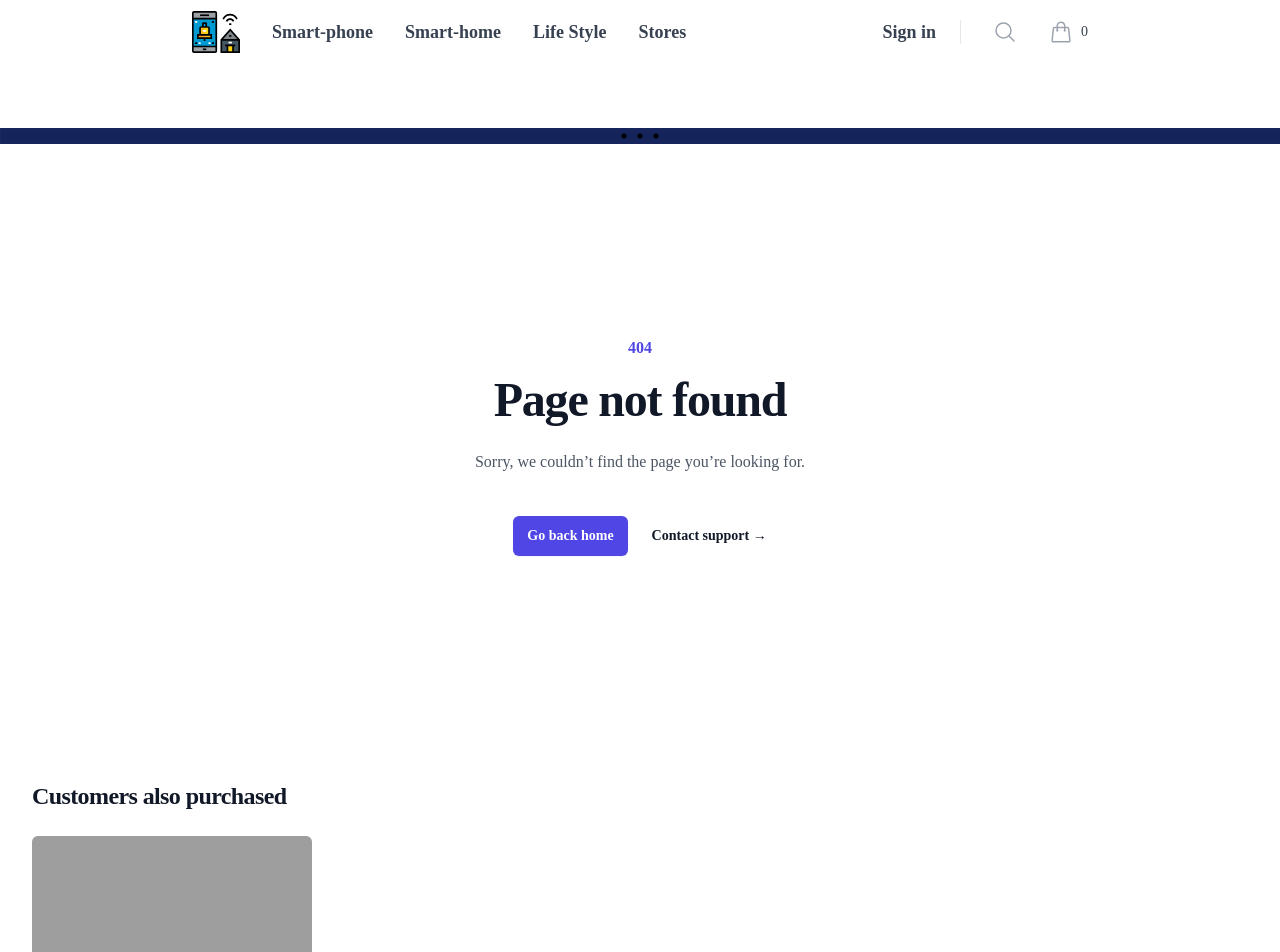
Repository: Gunplay/Smart-Home
Page: /
These files come from the project's save history. The page is drawn as it stood at one moment and after the next save; the edit follows.
The browser window is 1280 px wide. The pictures show the part of the page from y = 0 to 952 px (the page is 1928 px tall before and 1960 px after).
Pictures or frames that could not be fetched are drawn as grey boxes. The project was rebuilt for these pictures with package versions that can differ from the ones it lists, and the page was loaded fresh each time. Also part of the build but not shown: vite.config.js, vite.config.ts.

Above is the page before, as saved 2024-06-25 13:04:56.

### index.html
<!doctype html>
<html lang="en">

<head>
  <meta charset="UTF-8" />
  <link rel="icon" type="image/svg+xml" href="./src/assets/smart-home-svgrepo-com.svg" />
  <meta name="viewport" content="width=device-width, initial-scale=1.0" />
  <title>Smart-Home</title>
  <link real='stylesheet' href='src/style.css'>
</head>

<body>
  <div id="root"></div>

  <script type="module" src="/src/main.tsx"></script>
</body>

</html>

### src/main.tsx
import React from 'react';
import ReactDOM from 'react-dom/client';
import { BrowserRouter as Router } from 'react-router-dom';
import App from './App.tsx';
import './css/style.css';

ReactDOM.createRoot(document.getElementById('root')!).render(
	<React.StrictMode>
		<Router>
			<App />
		</Router>
	</React.StrictMode>
);

### src/App.tsx
// import { useState } from 'react';

// import reactLogo from './assets/react.svg';
// import viteLogo from '/vite.svg';
import AboutUs from './components/AboutUs';
import Carousel from './components/Carousel';
import Header from './components/Header';
import PageNotFound from './components/Page404';
import ProductsList from './components/ProductsList';

function App() {
	return (
		<>
			<div className='mr-[3.75rem] pt-[4.75rem] lg:pt-[5.25rem] overflow-hidden'>
				<Header />
				<Carousel />
			</div>
			<PageNotFound />

			<ProductsList />
			<AboutUs />
		</>
	);
}

export default App;

### src/components/AboutUs/index.tsx
const links = [
	{ name: 'Open roles', href: '#' },
	{ name: 'Internship program', href: '#' },
	{ name: 'Our values', href: '#' },
	{ name: 'Meet our leadership', href: '#' },
];
const stats = [
	{ name: 'Offices worldwide', value: '12' },
	{ name: 'Full-time colleagues', value: '300+' },
	{ name: 'Hours per week', value: '40' },
	{ name: 'Paid time off', value: 'Unlimited' },
];

export default function AboutUs() {
	return (
		<div className='relative isolate overflow-hidden bg-gray-900 py-24 sm:py-32'>
			<img
				src='https://images.unsplash.com/photo-1521737604893-d14cc237f11d?ixlib=rb-4.0.3&ixid=MnwxMjA3fDB8MHxwaG90by1wYWdlfHx8fGVufDB8fHx8&auto=format&fit=crop&crop=focalpoint&fp-y=.8&w=2830&h=1500&q=80&blend=111827&sat=-100&exp=15&blend-mode=multiply'
				alt=''
				className='absolute inset-0 -z-10 h-full w-full object-cover object-right md:object-center'
			/>
			<div
				className='hidden sm:absolute sm:-top-10 sm:right-1/2 sm:-z-10 sm:mr-10 sm:block sm:transform-gpu sm:blur-3xl'
				aria-hidden='true'
			>
				<div
					className='aspect-[1097/845] w-[68.5625rem] bg-gradient-to-tr from-[#ff4694] to-[#776fff] opacity-20'
					style={{
						clipPath:
							'polygon(74.1% 44.1%, 100% 61.6%, 97.5% 26.9%, 85.5% 0.1%, 80.7% 2%, 72.5% 32.5%, 60.2% 62.4%, 52.4% 68.1%, 47.5% 58.3%, 45.2% 34.5%, 27.5% 76.7%, 0.1% 64.9%, 17.9% 100%, 27.6% 76.8%, 76.1% 97.7%, 74.1% 44.1%)',
					}}
				/>
			</div>
			<div
				className='absolute -top-52 left-1/2 -z-10 -translate-x-1/2 transform-gpu blur-3xl sm:top-[-28rem] sm:ml-16 sm:translate-x-0 sm:transform-gpu'
				aria-hidden='true'
			>
				<div
					className='aspect-[1097/845] w-[68.5625rem] bg-gradient-to-tr from-[#ff4694] to-[#776fff] opacity-20'
					style={{
						clipPath:
							'polygon(74.1% 44.1%, 100% 61.6%, 97.5% 26.9%, 85.5% 0.1%, 80.7% 2%, 72.5% 32.5%, 60.2% 62.4%, 52.4% 68.1%, 47.5% 58.3%, 45.2% 34.5%, 27.5% 76.7%, 0.1% 64.9%, 17.9% 100%, 27.6% 76.8%, 76.1% 97.7%, 74.1% 44.1%)',
					}}
				/>
			</div>
			<div className='mx-auto max-w-7xl px-6 lg:px-8'>
				<div className='mx-auto max-w-2xl lg:mx-0'>
					<h2 className='text-4xl font-bold tracking-tight text-white sm:text-6xl'>
						Work with us
					</h2>
					<p className='mt-6 text-lg leading-8 text-gray-300'>
						Anim aute id magna aliqua ad ad non deserunt sunt. Qui irure qui
						lorem cupidatat commodo. Elit sunt amet fugiat veniam occaecat
						fugiat aliqua.
					</p>
				</div>
				<div className='mx-auto mt-10 max-w-2xl lg:mx-0 lg:max-w-none'>
					<div className='grid grid-cols-1 gap-x-8 gap-y-6 text-base font-semibold leading-7 text-white sm:grid-cols-2 md:flex lg:gap-x-10'>
						{links.map(link => (
							<a key={link.name} href={link.href}>
								{link.name} <span aria-hidden='true'>&rarr;</span>
							</a>
						))}
					</div>
					<dl className='mt-16 grid grid-cols-1 gap-8 sm:mt-20 sm:grid-cols-2 lg:grid-cols-4'>
						{stats.map(stat => (
							<div key={stat.name} className='flex flex-col-reverse'>
								<dt className='text-base leading-7 text-gray-300'>
									{stat.name}
								</dt>
								<dd className='text-2xl font-bold leading-9 tracking-tight text-white'>
									{stat.value}
								</dd>
							</div>
						))}
					</dl>
				</div>
			</div>
		</div>
	);
}

### src/components/Carousel/index.tsx
import { SetStateAction, useState } from 'react';
import { BsChevronCompactLeft, BsChevronCompactRight } from 'react-icons/bs';
import { RxDotFilled } from 'react-icons/rx';
import slideOne from '/src/assets/slider-1.jpg';
import slideTwo from '/src/assets/slider-2.jpg';
import slideThree from '/src/assets/slider-3.jpg';
const slides = [
	{
		url: slideOne,
		id: 0,
	},
	{
		url: slideTwo,
		id: 1,
	},
	{
		url: slideThree,
		id: 2,
	},
];
const Carousel = () => {
	const [currentIndex, setCurrentIndex] = useState(0);

	const prevSlide = () => {
		const isFirstSlide = currentIndex === 0;
		const newIndex = isFirstSlide ? slides.length - 1 : currentIndex - 1;
		setCurrentIndex(newIndex);
	};

	const nextSlide = () => {
		const isLastSlide = currentIndex === slides.length - 1;
		const newIndex = isLastSlide ? 0 : currentIndex + 1;
		setCurrentIndex(newIndex);
	};

	const goToSlide = (slideIndex: SetStateAction<number>) => {
		console.log(slideIndex);
		setCurrentIndex(slideIndex);
	};
	return (
		<div className='h-[780px] w-full m-auto py-16 relative group'>
			<div
				style={{ backgroundImage: `url(${slides[currentIndex].url})` }}
				className='w-full h-full bg-center bg-cover duration-500'
			>
				<div className='flex justify-center'>
					{slides.map((slide, slideIndex) => (
						<div
							key={slideIndex}
							className='text-xl cursor-pointer'
							onClick={() => goToSlide(slideIndex)}
						>
							<RxDotFilled />
						</div>
					))}
				</div>
			</div>
			<div className='hidden group-hover:block absolute top-[50%] -translate-x-0 translate-y-[-50%] left-5 text-2xl rounded-full p-2 bg-black/20 text-white cursor-pointer'>
				<BsChevronCompactLeft size={30} onClick={prevSlide} />
			</div>
			<div className='hidden group-hover:block absolute top-[50%] translate-y-[-50%] right-5 text-2xl rounded-full p-2 bg-black/20 text-white cursor-pointer'>
				<BsChevronCompactRight size={30} onClick={nextSlide} />
			</div>
		</div>
	);
};

export default Carousel;

### src/components/Page404/index.tsx
export default function PageNotFound() {
	return (
		<>
			{/*
        This example requires updating your template:

        ```
        <html class="h-full">
        <body class="h-full">
        ```
      */}
			<main className='grid min-h-full place-items-center bg-white px-6 py-24 sm:py-32 lg:px-8'>
				<div className='text-center'>
					<p className='text-base font-semibold text-indigo-600'>404</p>
					<h1 className='mt-4 text-3xl font-bold tracking-tight text-gray-900 sm:text-5xl'>
						Page not found
					</h1>
					<p className='mt-6 text-base leading-7 text-gray-600'>
						Sorry, we couldn’t find the page you’re looking for.
					</p>
					<div className='mt-10 flex items-center justify-center gap-x-6'>
						<a
							href='#'
							className='rounded-md bg-indigo-600 px-3.5 py-2.5 text-sm font-semibold text-white shadow-sm hover:bg-indigo-500 focus-visible:outline focus-visible:outline-2 focus-visible:outline-offset-2 focus-visible:outline-indigo-600'
						>
							Go back home
						</a>
						<a href='#' className='text-sm font-semibold text-gray-900'>
							Contact support <span aria-hidden='true'>&rarr;</span>
						</a>
					</div>
				</div>
			</main>
		</>
	);
}

### src/components/ProductsList/index.tsx
/*
  This example requires some changes to your config:

  ```
  // tailwind.config.js
  module.exports = {
    // ...
    plugins: [
      // ...
      require('@tailwindcss/aspect-ratio'),
    ],
  }
  ```
*/
const products = [
	{
		id: 1,
		name: 'Basic Tee',
		href: '#',
		imageSrc:
			'https://tailwindui.com/img/ecommerce-images/product-page-01-related-product-01.jpg',
		imageAlt: "Front of men's Basic Tee in black.",
		price: '$35',
		color: 'Black',
	},
	// More products...
];

export default function ProductsList() {
	return (
		<div className='bg-white'>
			<div className='mx-auto max-w-2xl px-4 py-16 sm:px-6 sm:py-24 lg:max-w-7xl lg:px-8'>
				<h2 className='text-2xl font-bold tracking-tight text-gray-900'>
					Customers also purchased
				</h2>

				<div className='mt-6 grid grid-cols-1 gap-x-6 gap-y-10 sm:grid-cols-2 lg:grid-cols-4 xl:gap-x-8'>
					{products.map(product => (
						<div key={product.id} className='group relative'>
							<div className='aspect-h-1 aspect-w-1 w-full overflow-hidden rounded-md bg-gray-200 lg:aspect-none group-hover:opacity-75 lg:h-80'>
								<img
									src={product.imageSrc}
									alt={product.imageAlt}
									className='h-full w-full object-cover object-center lg:h-full lg:w-full'
								/>
							</div>
							<div className='mt-4 flex justify-between'>
								<div>
									<h3 className='text-sm text-gray-700'>
										<a href={product.href}>
											<span aria-hidden='true' className='absolute inset-0' />
											{product.name}
										</a>
									</h3>
									<p className='mt-1 text-sm text-gray-500'>{product.color}</p>
								</div>
								<p className='text-sm font-medium text-gray-900'>
									{product.price}
								</p>
							</div>
						</div>
					))}
				</div>
			</div>
		</div>
	);
}

Loaded but not shown: src/css/style.css (1876 lines, source omitted); src/components/Header/index.tsx (539 lines, source omitted)

After the next save:
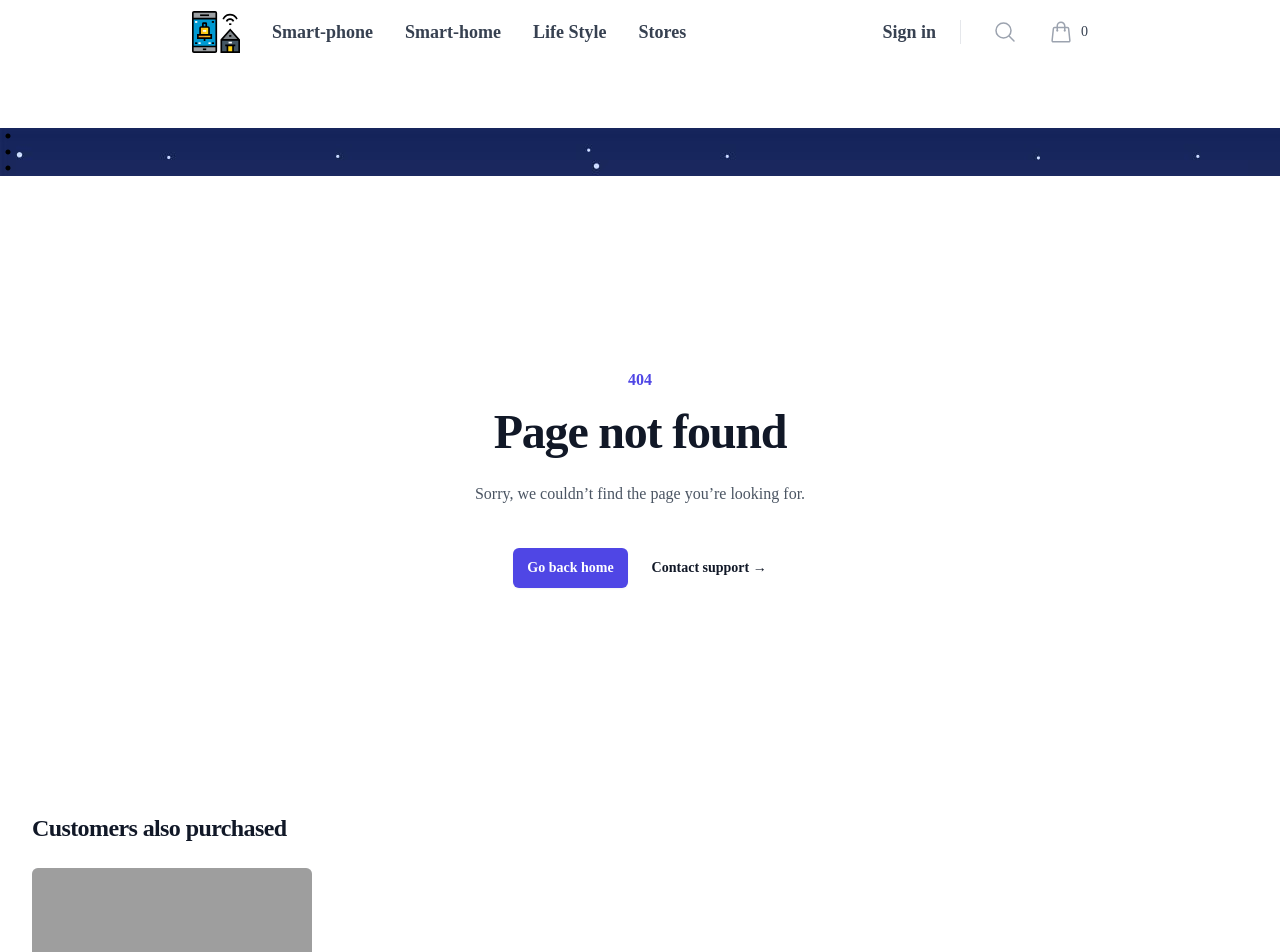
Saved 8 s later.
--- a/src/components/Carousel/index.tsx
+++ b/src/components/Carousel/index.tsx
@@ -43,7 +43,7 @@ const Carousel = () => {
 				style={{ backgroundImage: `url(${slides[currentIndex].url})` }}
 				className='w-full h-full bg-center bg-cover duration-500'
 			>
-				<div className='flex justify-center'>
+				<div>
 					{slides.map((slide, slideIndex) => (
 						<div
 							key={slideIndex}
